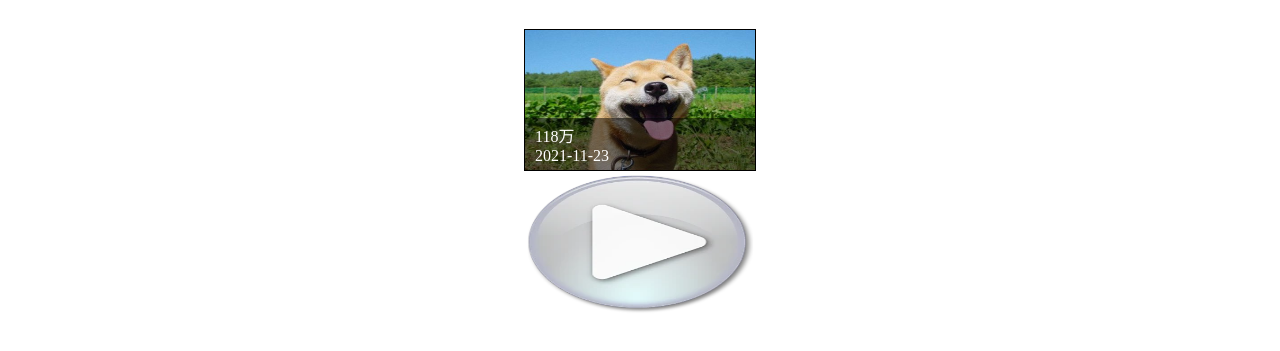
Repository: taoxiaofeng/hello-javascript
Page: master-class/position.html
An editor plug-in stored every save of this project. The page is shown before and after the next save, followed by the edit.
The browser window is 1280 px wide. The pictures show the whole page.

Above is the page before, as saved 2024-07-29 22:46:46.

After the next save:
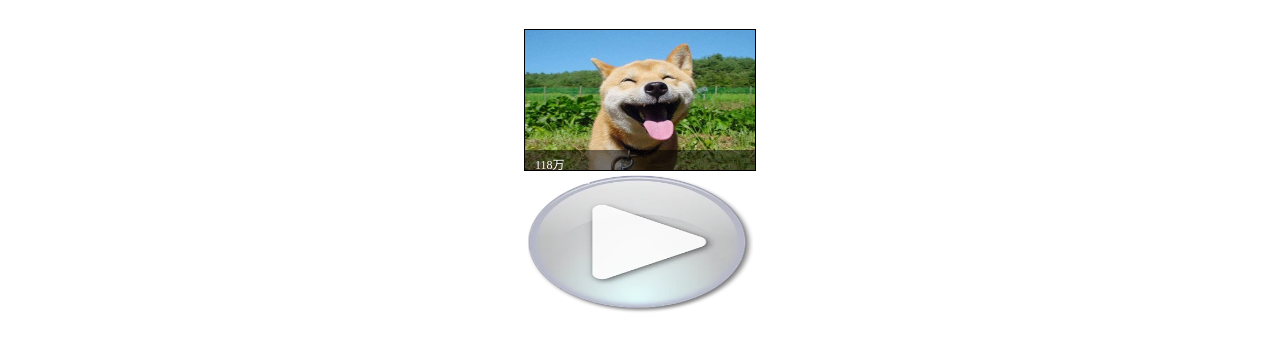
Saved 15 s later.
--- a/master-class/position.html
+++ b/master-class/position.html
@@ -71,6 +71,8 @@
 
   .aside {
     width: 100%;
+    height: 20px;
+    font-size: 12px;
     position: absolute;
     right: 0;
     bottom: 0;
